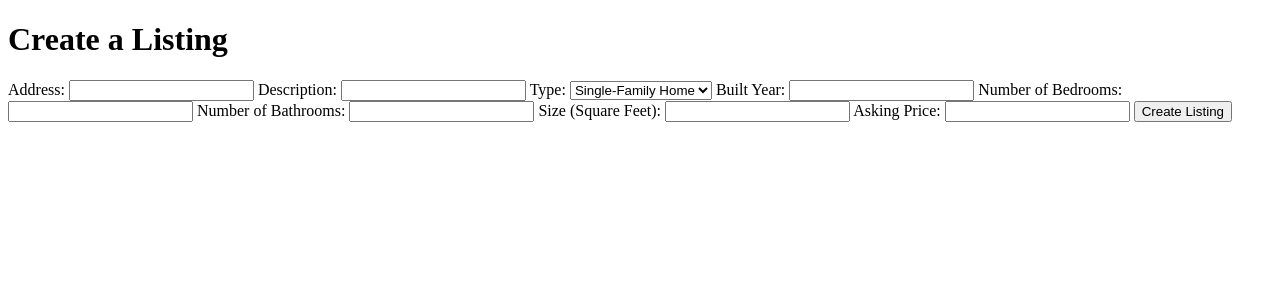
Repository: rickytorrez/test
Page: http://localhost/dcHome/WEB-INF/realtor.jsp
An editor plug-in stored every save of this project. The page is shown before and after the next save, followed by the edit.
The browser window is 1280 px wide. The pictures show the whole page.
The page is served by Tomcat 9. Nobody is signed in. The template is opened directly, without the code that normally fills it, so the values that code supplies are empty.

Above is the page before, as saved 2018-05-31 14:45:57.

After the next save:
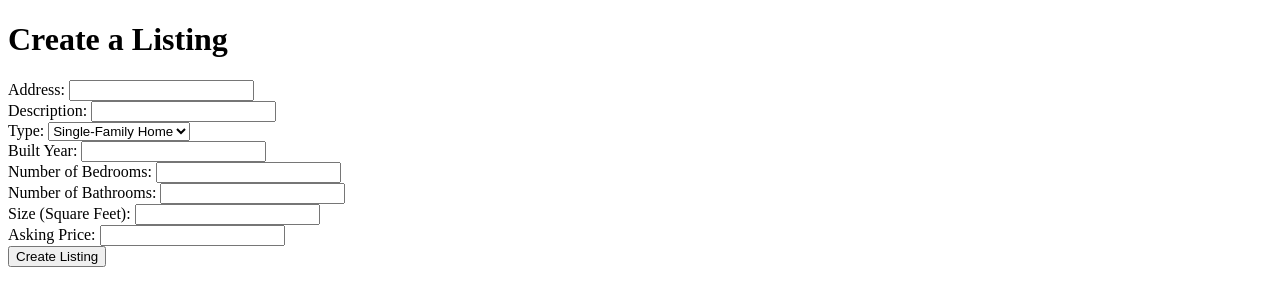
Saved 8 min 52 s later.
--- a/dcHome/src/main/webapp/WEB-INF/realtor.jsp
+++ b/dcHome/src/main/webapp/WEB-INF/realtor.jsp
@@ -17,32 +17,32 @@
 		<form:form method="POST" action="/listings/createListing" modelAttribute="listing">
 			<form:label path="address">Address:
 				<form:input path="address"></form:input>
-			</form:label>
+			</form:label><br>
 			<form:label path="description">Description:
 				<form:input path="description"></form:input>
-			</form:label>
+			</form:label><br>
 			<form:label path="type">Type:
 				<form:select path="type">
 					<form:option value="single-family-home">Single-Family Home</form:option>
 					<form:option value="townhome">Town House</form:option>
 					<form:option value="apartment">Apartment</form:option>
 				</form:select>
-			</form:label>
+			</form:label><br>
 			<form:label path="yearbuilt">Built Year:
 				<form:input type="number" path="yearbuilt"></form:input>
-			</form:label>
+			</form:label><br>
 			<form:label path="numberofrooms">Number of Bedrooms:
 				<form:input type="number" path="numberofrooms"></form:input>
-			</form:label>
+			</form:label><br>
 			<form:label path="numberofbathrooms">Number of Bathrooms:
 				<form:input type="number" path="numberofbathrooms"></form:input>
-			</form:label>
+			</form:label><br>
 			<form:label path="size">Size (Square Feet):
 				<form:input type="number" path="size"></form:input>
-			</form:label>
+			</form:label><br>
 			<form:label path="cost">Asking Price:
 				<form:input type="number" path="cost"></form:input>
-			</form:label>
+			</form:label><br>
 			<input type="submit" value="Create Listing"/>
 		</form:form>
 	</body>
